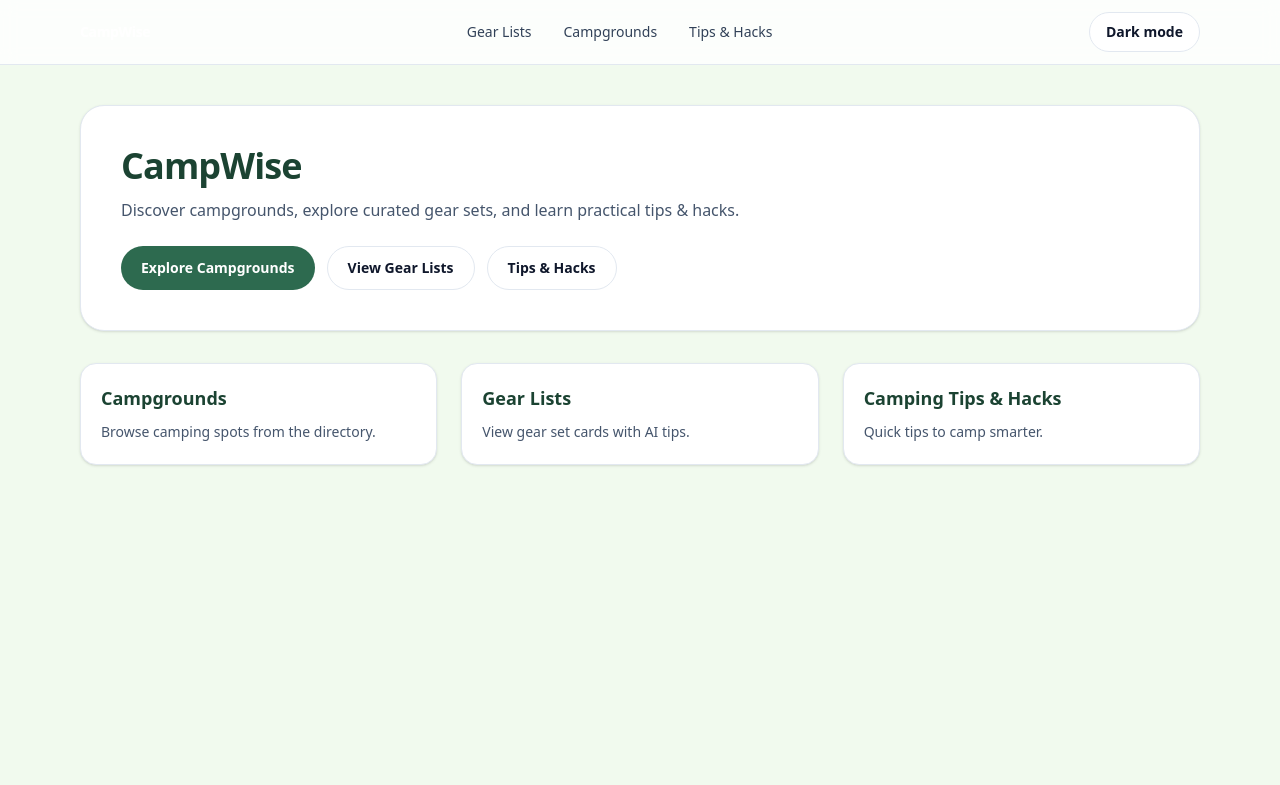
Repository: sinthob/campWise
Page: /
An editor plug-in stored every save of this project. The page is shown before and after the next save, followed by the edit.
The browser window is 1280 px wide. The pictures show the whole page.
The project was rebuilt for these pictures with package versions that can differ from the ones it lists, and the page was loaded fresh each time. The framework's server and built-in components were replaced by stand-ins that run in the browser. Also part of the build but not shown: next.config.ts.

Above is the page before, as saved 2026-02-24 10:33:54.

After the next save:
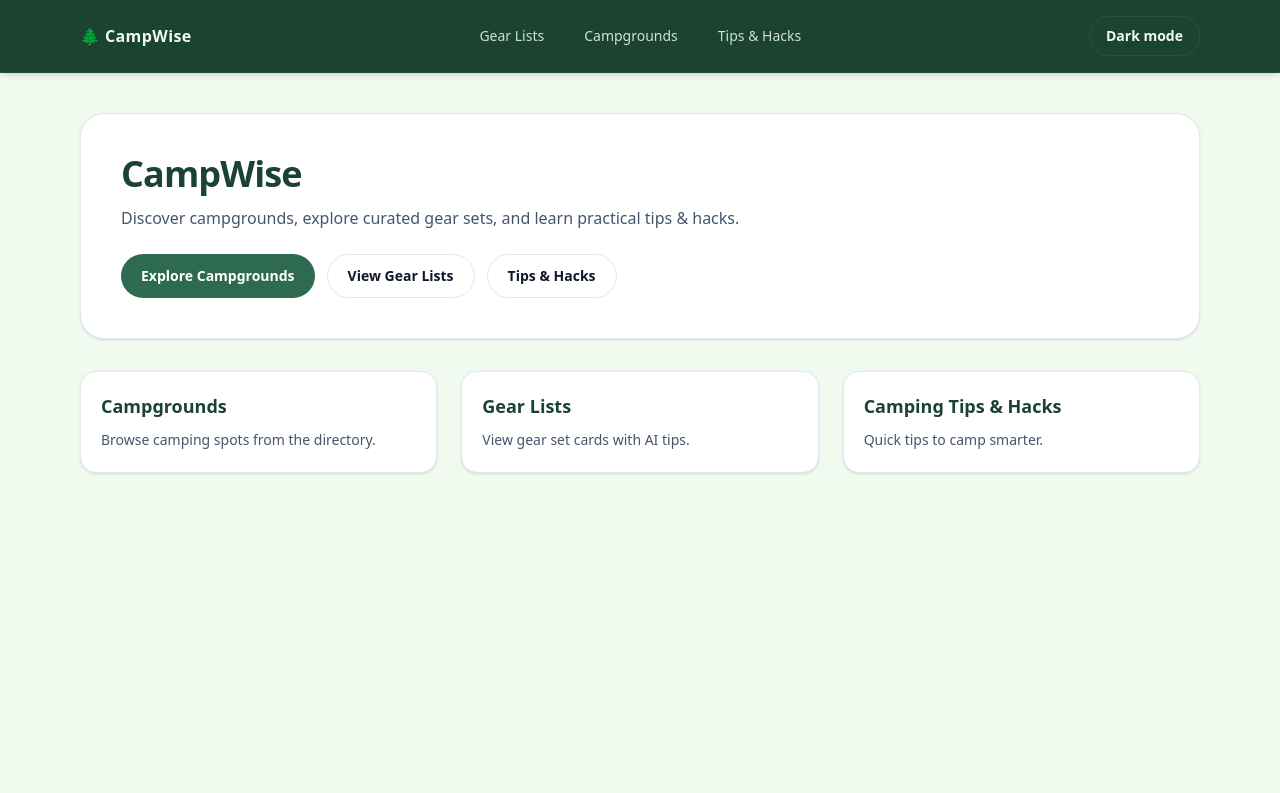
Saved 15 s later.
--- a/app/components/nav-bar.tsx
+++ b/app/components/nav-bar.tsx
@@ -8,31 +8,31 @@ export default function NavBar() {
   const isDark = resolvedTheme === "dark";
 
   return (
-    <header className="sticky top-0 z-50 border-b border-slate-200 bg-white/80 backdrop-blur dark:border-slate-800 dark:bg-slate-950/80">
-      <div className="mx-auto flex w-full max-w-6xl items-center justify-between gap-4 px-4 py-3">
+    <header className="sticky top-0 z-50 border-b border-moss/30 bg-forest text-sand shadow-md">
+      <div className="mx-auto flex w-full max-w-6xl items-center justify-between gap-4 px-4 py-4">
         <Link
           href="/"
-          className="text-sm font-semibold tracking-tight text-white"
+          className="text-base font-bold tracking-wide"
         >
-          CampWise
+          🌲 CampWise
         </Link>
 
         <nav className="hidden items-center gap-2 sm:flex">
           <Link
             href="/gear-lists"
-            className="rounded-full px-3 py-2 text-sm text-slate-700 hover:bg-slate-100 hover:text-primary dark:text-slate-200 dark:hover:bg-slate-900"
+            className="rounded-full px-4 py-2 text-sm text-sand/85 hover:bg-moss/20 hover:text-sand"
           >
             Gear Lists
           </Link>
           <Link
             href="/campgrounds"
-            className="rounded-full px-3 py-2 text-sm text-slate-700 hover:bg-slate-100 hover:text-primary dark:text-slate-200 dark:hover:bg-slate-900"
+            className="rounded-full px-4 py-2 text-sm text-sand/85 hover:bg-moss/20 hover:text-sand"
           >
             Campgrounds
           </Link>
           <Link
             href="/camping-hacks"
-            className="rounded-full px-3 py-2 text-sm text-slate-700 hover:bg-slate-100 hover:text-primary dark:text-slate-200 dark:hover:bg-slate-900"
+            className="rounded-full px-4 py-2 text-sm text-sand/85 hover:bg-moss/20 hover:text-sand"
           >
             Tips &amp; Hacks
           </Link>
@@ -44,28 +44,28 @@ export default function NavBar() {
             setTheme(isDark ? "light" : "dark");
           }}
           aria-label="Toggle dark mode"
-          className="inline-flex h-10 items-center justify-center rounded-full border border-slate-200 bg-white px-4 text-sm font-semibold text-slate-900 hover:bg-slate-50 dark:border-slate-800 dark:bg-slate-950 dark:text-slate-50 dark:hover:bg-slate-900"
+          className="inline-flex h-10 items-center justify-center rounded-full border border-moss/40 bg-forest px-4 text-sm font-semibold text-sand hover:bg-moss/20"
         >
           {isDark ? "Light mode" : "Dark mode"}
         </button>
       </div>
 
-      <nav className="mx-auto flex w-full max-w-6xl gap-2 px-4 pb-3 sm:hidden">
+      <nav className="mx-auto flex w-full max-w-6xl gap-2 px-4 pb-4 sm:hidden">
         <Link
           href="/gear-lists"
-          className="flex-1 rounded-full px-3 py-2 text-center text-sm text-slate-700 hover:bg-slate-100 hover:text-primary dark:text-slate-200 dark:hover:bg-slate-900"
+          className="flex-1 rounded-full px-3 py-2 text-center text-sm text-sand/85 hover:bg-moss/20 hover:text-sand"
         >
           Gear
         </Link>
         <Link
           href="/campgrounds"
-          className="flex-1 rounded-full px-3 py-2 text-center text-sm text-slate-700 hover:bg-slate-100 hover:text-primary dark:text-slate-200 dark:hover:bg-slate-900"
+          className="flex-1 rounded-full px-3 py-2 text-center text-sm text-sand/85 hover:bg-moss/20 hover:text-sand"
         >
           Camps
         </Link>
         <Link
           href="/camping-hacks"
-          className="flex-1 rounded-full px-3 py-2 text-center text-sm text-slate-700 hover:bg-slate-100 hover:text-primary dark:text-slate-200 dark:hover:bg-slate-900"
+          className="flex-1 rounded-full px-3 py-2 text-center text-sm text-sand/85 hover:bg-moss/20 hover:text-sand"
         >
           Tips
         </Link>
